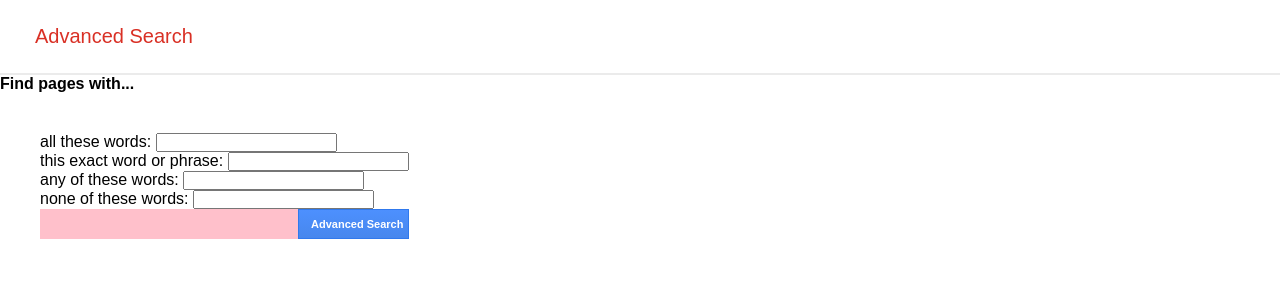
Repository: etentuk/search
Page: advanced_search.html
An editor plug-in stored every save of this project. The page is shown before and after the next save, followed by the edit.
The browser window is 1280 px wide. The pictures show the whole page.

Above is the page before, as saved 2021-11-05 00:26:47.

After the next save:
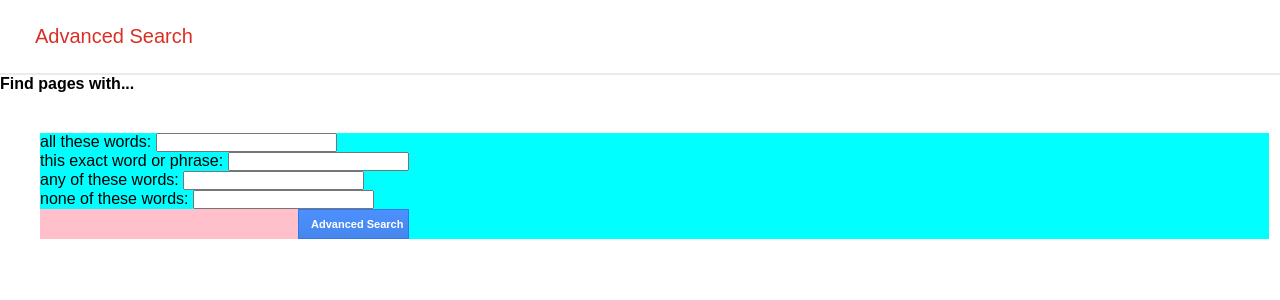
Saved 9 s later.
--- a/styles.css
+++ b/styles.css
@@ -14,7 +14,7 @@
 #form {
   /* max-width: 1140px; */
   /* min-width: 100%; */
-  backg
+  background-color: aqua;
   width: 96%;
   margin: 40px;
 }
